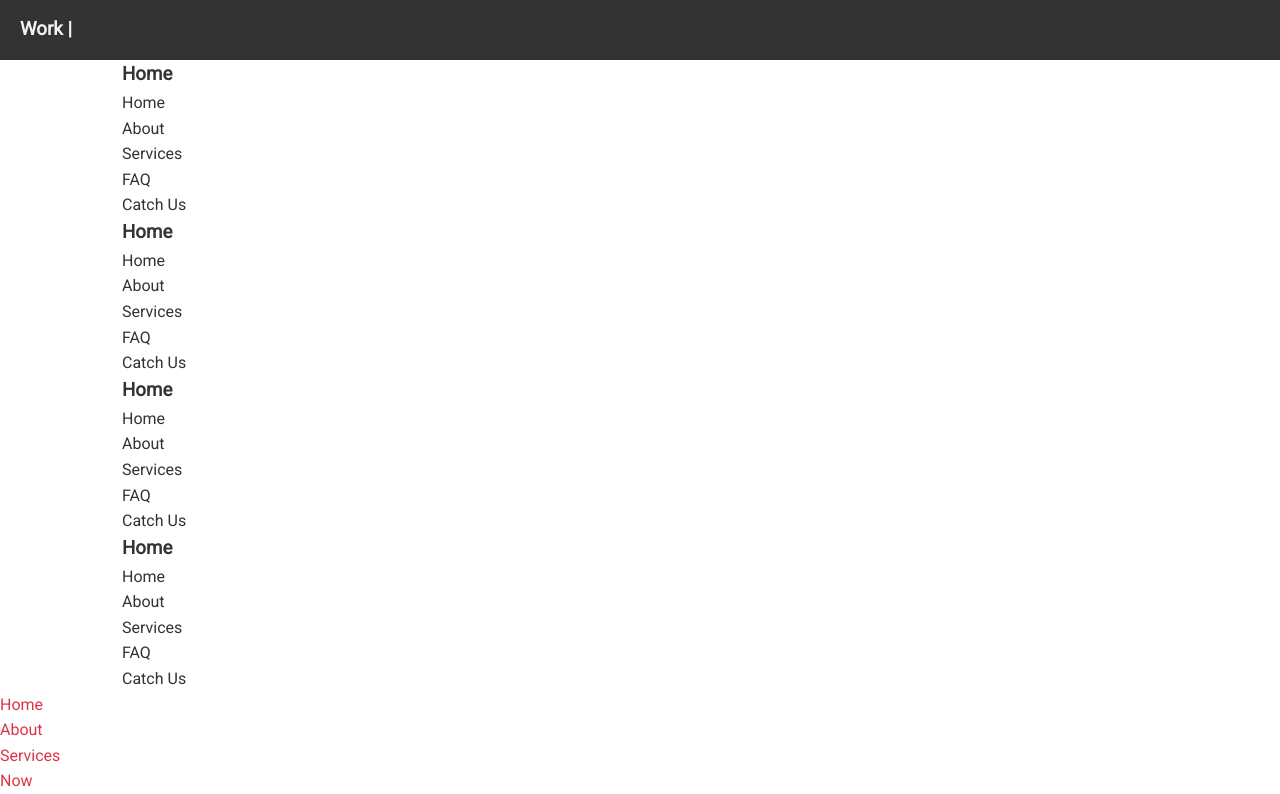
Repository: mxhdiqaim/lenviteck
Page: dist/index.html
The author's editor kept a copy of each file at every save. The page is drawn from the files as they stood at one save, then again after the next save.
The browser window is 1280 px wide. The pictures show the whole page.
The style sheet was rebuilt from its Sass, Less or Tailwind sources for each picture, by a compiler version that may differ from the author's.

Above is the page before, as saved 2021-04-11 09:21:09.

After the next save:
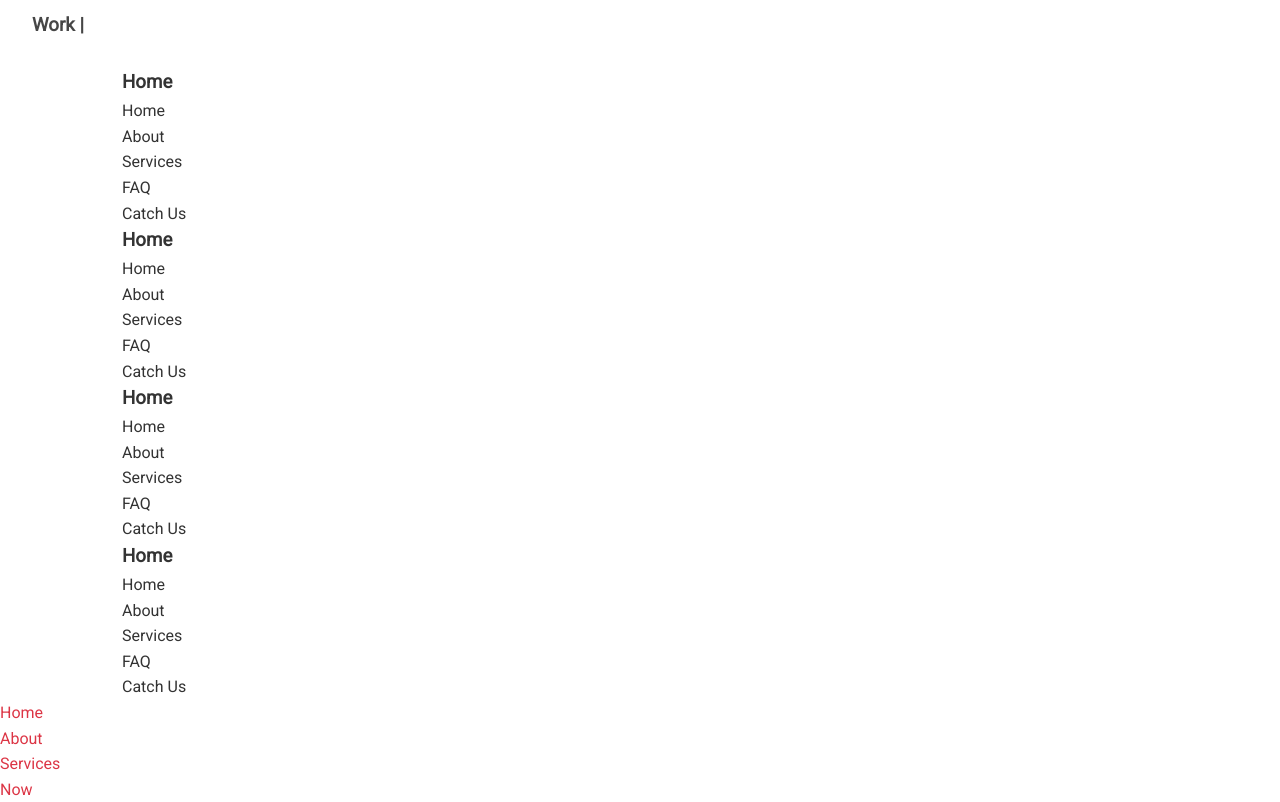
Saved 72 s later.
--- a/dist/styles/main.scss
+++ b/dist/styles/main.scss
@@ -70,15 +70,27 @@ img {
 
 
 
-nav {
-  height: 60px;
-  background-color: $dark-color;
-  color: $light-color;
+.navbar {
   display: flex;
-  justify-content: flex-start;
+  justify-content: space-between;
   align-items: center;
+  padding: 0.7rem 2rem;
+  z-index: 1;
+  width: 100%;
+  opacity: 0.9;
+  margin-bottom: 1rem;
+}
 
-  div {
-    padding: 20px;
-  }
+.navbar ul {
+  display: flex;
 }
+
+.navbar a {
+  color: #fff;
+  padding: 0.45rem;
+  margin: 0 0.25rem;
+}
+
+.navbar a:hover {
+  color: var(--light-color);
+}
